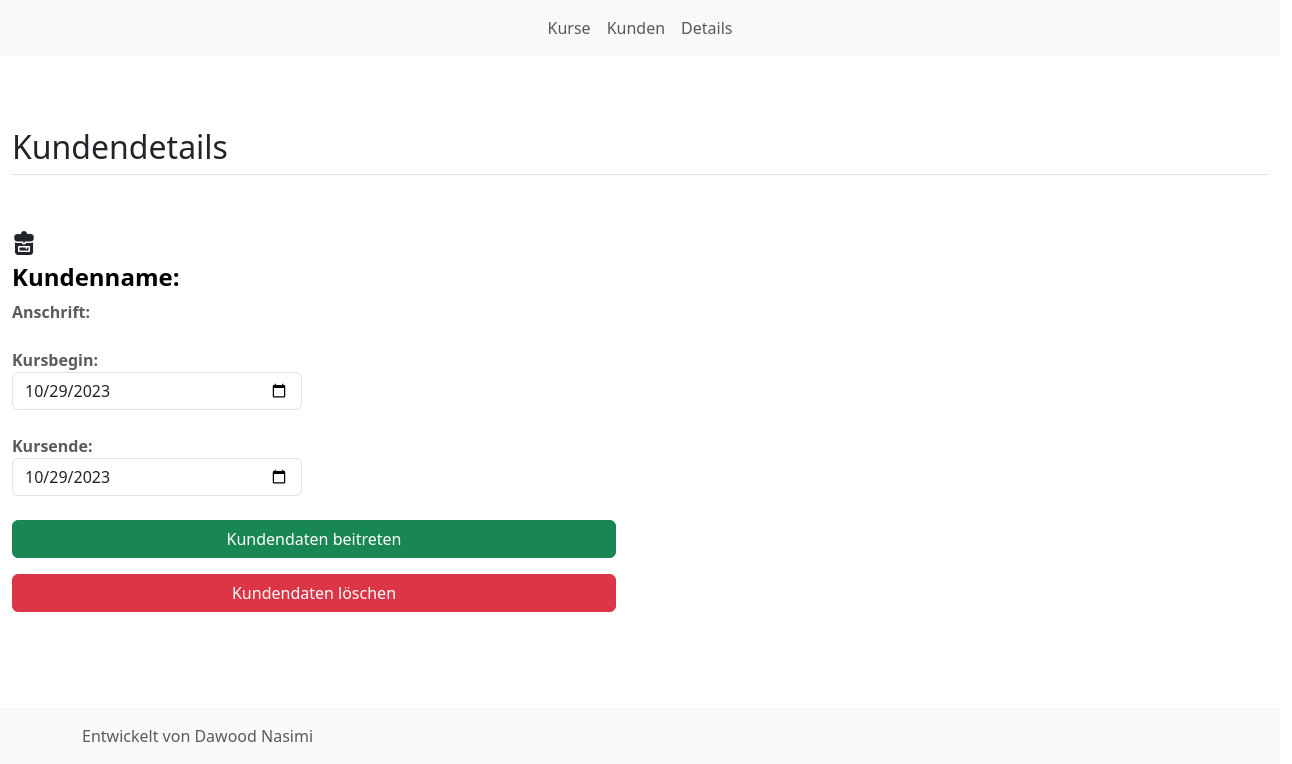
Repository: Dawoodnasimi/kurse
Page: templates/kunden/show.html.twig
The author's editor kept a copy of each file at every save. The page is drawn from the files as they stood at one save, then again after the next save.
The browser window is 1280 px wide. The page is 1292 px wide, then 1280 px, so the pictures cover 1292 px, including what lies to the right of the window. The pictures show the whole page.
The page is a Twig template of a Symfony application; nobody is signed in and links lead nowhere. Other server files are loaded and not shown. The template is opened directly, without the code that normally fills it, so the values that code supplies are empty.

Above is the page before, as saved 2023-10-29 12:40:49.

### templates/kunden/show.html.twig
{% extends 'base.html.twig' %}

{% block title %}
	Kunden
{% endblock %}

{% block body %}
	<div class="container-fluid py-5 kundendetails">
		<h2 class="pb-2 border-bottom">Kundendetails</h2>

		<div class="row row-cols-1 row-cols-md-2 align-items-md-center g-5 py-5">
			<div class="col d-flex flex-column gap-2">
				<div class="col">
					<div class="row row-cols-1 row-cols-sm-2 g-4">
						<div class="col d-flex flex-column gap-2">
							<div class="bi bi-backpack4-fill d-inline-flex align-items-center justify-content-start bg-gradient fs-4 rounded-3"></div>
							<h4 class="fw-semibold mb-0 text-body-emphasis"><strong>Kundenname: </strong>{{ kunde.name }}</h4>
							<p class="text-body-secondary"><strong>Anschrift: </strong>{{ kunde.anschrift }}</p>
							<p class="text-body-secondary"><strong>Kursbegin: </strong>
							<input type='date' class='form-control' id='date' name='date' value='{{ kunde.begin|date('Y-m-d') }}' required>
							</p>
							<p class="text-body-secondary"><strong>Kursende: </strong>
							<input type='date' class='form-control' id='date' name='date' value='{{ kunde.ende|date('Y-m-d') }}' required>
							</p>
						</div>
					</div>
				</div>

				<a href="{{ path('app_kunden') }}/bearbeiten/{{ kunde.id }}" class="btn btn-success mb-2" type="button">Kundendaten beitreten</a>
				<a href="{{ path('app_kunden') }}/loeschen/{{ kunde.id }}" class="btn btn-danger" type="button">Kundendaten löschen</a>

			</div>

		</div>
	</div>
{% endblock %}

### templates/base.html.twig
<!DOCTYPE html>
<html>
	<head>
		<meta charset="UTF-8">
		<title>
			{% block title %}
			Kurse
			{% endblock %}
		</title>

		{% block stylesheets %}
		{{ encore_entry_link_tags('app') }}
		<link href="https://cdn.jsdelivr.net/npm/bootstrap@5.3.2/dist/css/bootstrap.min.css" rel="stylesheet" integrity="sha384-T3c6CoIi6uLrA9TneNEoa7RxnatzjcDSCmG1MXxSR1GAsXEV/Dwwykc2MPK8M2HN" crossorigin="anonymous">
		<link rel="stylesheet" href="https://cdn.jsdelivr.net/npm/bootstrap-icons@1.11.1/font/bootstrap-icons.css">

		{% endblock %}


		{% block javascripts %}
		{{ encore_entry_script_tags('app') }}

		<script src="https://cdn.jsdelivr.net/npm/bootstrap@5.3.2/dist/js/bootstrap.bundle.min.js" integrity="sha384-C6RzsynM9kWDrMNeT87bh95OGNyZPhcTNXj1NW7RuBCsyN/o0jlpcV8Qyq46cDfL" crossorigin="anonymous"></script>

		{% endblock %}

	</head>

	<body>

{% block header %}
    <nav class="navbar navbar-expand-lg bg-body-tertiary rounded" aria-label="Twelfth navbar example">
        <div class="container-fluid">
            <button class="navbar-toggler" type="button" data-bs-toggle="collapse" data-bs-target="#navbars_ziff" aria-controls="navbars_ziff" aria-expanded="false" aria-label="Toggle navigation">
                <span class="navbar-toggler-icon"></span>
            </button>

            <div class="collapse navbar-collapse justify-content-md-center" id="navbars_ziff">
                <ul class="navbar-nav">
                    <li class="nav-item">
                        <a class="nav-link {% if app.request.attributes.get('_route') == 'app_kurse' %}active{% endif %}" aria-current="page" href="{{ path('app_kurse') }}">Kurse</a>
                    </li>
                    <li class="nav-item">
                        <a class="nav-link {% if app.request.attributes.get('_route') == 'app_kunden' %}active{% endif %}" href="{{ path('app_kunden') }}">Kunden</a>
                    </li>
                    <li class="nav-item">
                        <a class="nav-link {% if app.request.attributes.get('_route') == 'app_details' %}active{% endif %}" href="{{ path('app_details') }}">Details</a>
                    </li>
                </ul>
            </div>
        </div>
    </nav>
	<br>
{% endblock %}

{% block body %}{% endblock %}

{% block footer %}
		<footer class="footer mt-auto py-3 bg-body-tertiary">
			<div class="container">
				<span class="text-muted">Entwickelt von Dawood Nasimi</span>
			</div>
		</footer>
{% endblock %}

	</body>
</html>

Loaded but not shown: webpack.config.js (common file)

After the next save:
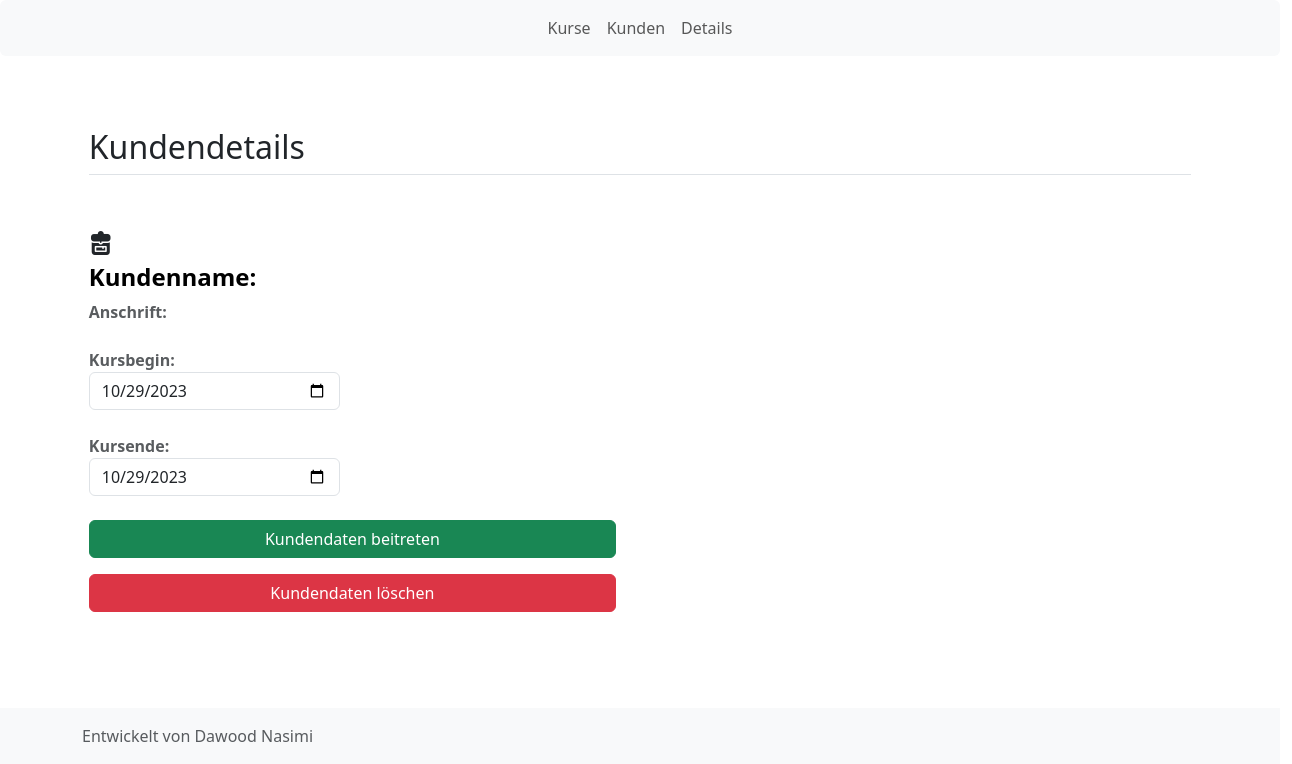
Saved 14 s later.
--- a/templates/kunden/show.html.twig
+++ b/templates/kunden/show.html.twig
@@ -5,7 +5,7 @@
 {% endblock %}
 
 {% block body %}
-	<div class="container-fluid py-5 kundendetails">
+	<div class="container-fluid py-5 kundendetails" style="width:88%">
 		<h2 class="pb-2 border-bottom">Kundendetails</h2>
 
 		<div class="row row-cols-1 row-cols-md-2 align-items-md-center g-5 py-5">
